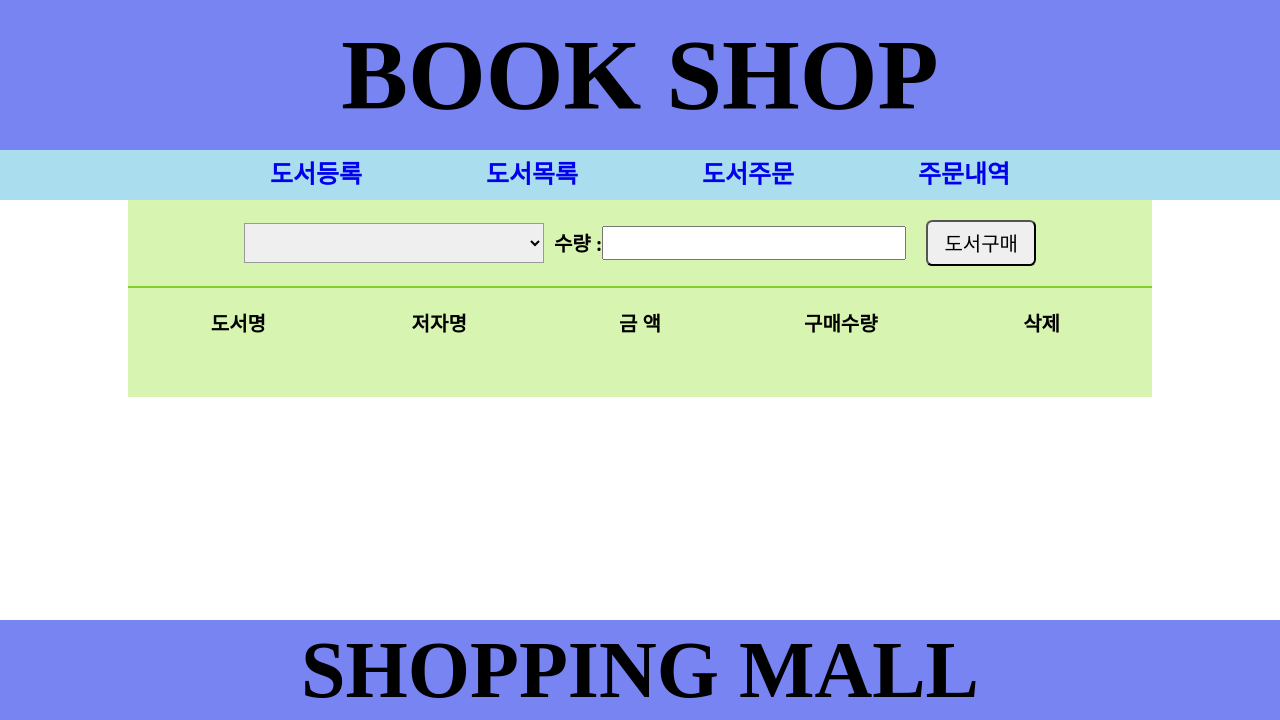
Repository: eunmiyo/BookShop
Page: http://localhost/Book/buy.jsp
The author's editor kept a copy of each file at every save. The page is drawn from the files as they stood at one save, then again after the next save.
The browser window is 1280 px wide. The pictures show the whole page.
The page is served by Tomcat 9. The template is opened directly, without the code that normally fills it, so the values that code supplies are empty.

Above is the page before, as saved 2022-12-29 06:11:36.

After the next save:
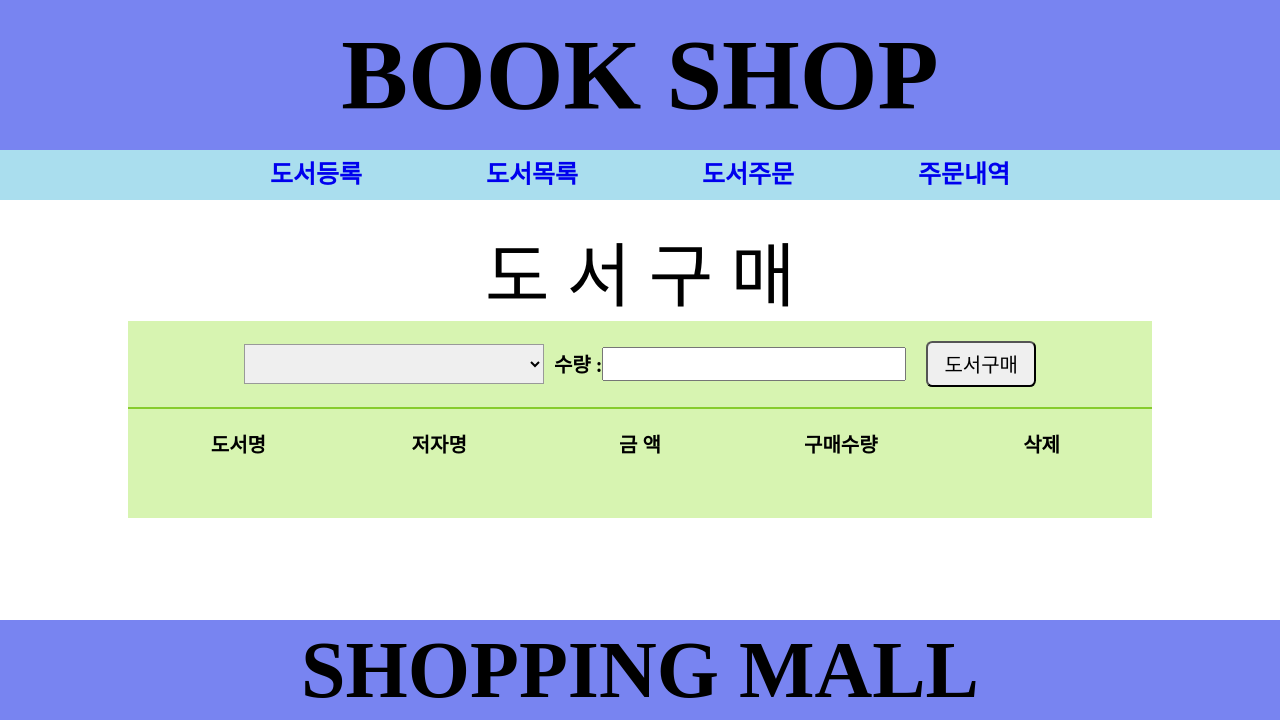
Saved 77 s later.
--- a/Book/src/main/webapp/buy.jsp
+++ b/Book/src/main/webapp/buy.jsp
@@ -15,6 +15,7 @@
 <body>
 	<%@ include file="top.jsp"%>
 		<table class="wap">
+			<caption>도 서 구 매</caption>
 			<tr class="bar">
 				<td>
 				<select name="select">
